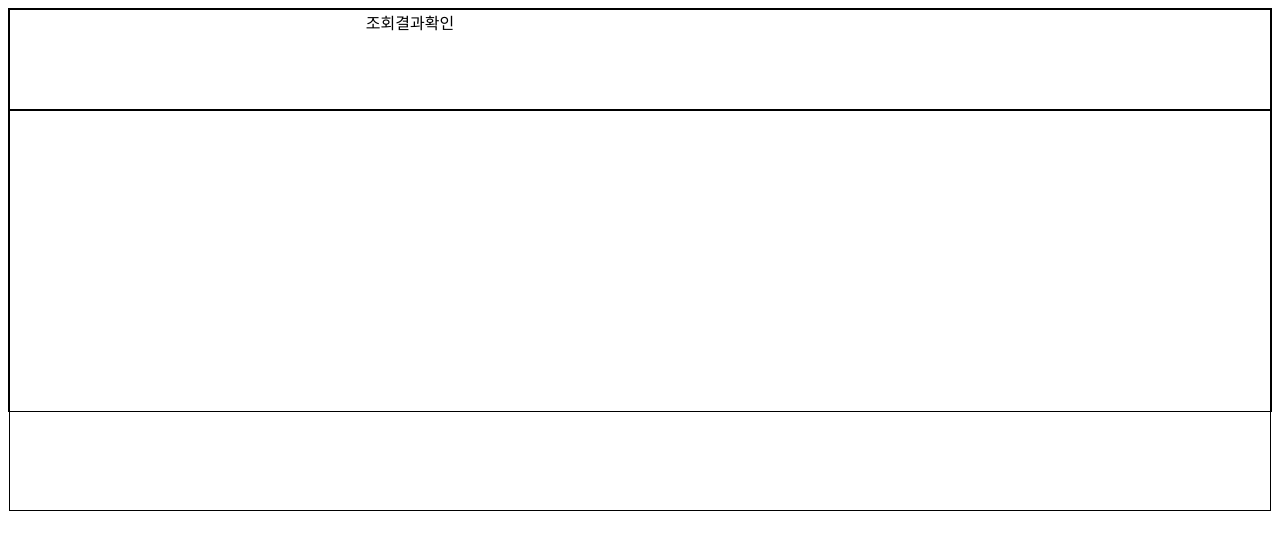
Repository: GotChun/DH_JSP
Page: http://localhost/01_JSP/C09/OracleDBCURD.jsp
These files come from the project's save history. The page is drawn as it stood at one moment and after the next save; the edit follows.
The browser window is 1280 px wide. The pictures show the whole page.
The page is served by Tomcat 9. Other server files are loaded and not shown. Queries for data that is not in the repository find no rows.

Above is the page before, as saved 2024-10-24 02:33:02.

### 01_JSP/src/main/webapp/C09/OracleDBCURD.jsp
<%@ page language="java" contentType="text/html; charset=UTF-8"
    pageEncoding="UTF-8"%>

   <%@ page import ="java.sql.*" %>
   <%@ page import ="java.util.*"%>
   <%@ page import ="C09.*"%>


<%!
	String url="jdbc:oracle:thin:@localhost:1521:xe";
	String id="system";
	String pw="1234";

	Connection conn=null;
	PreparedStatement pstmt = null;
	ResultSet rs = null;

	// CRUD 함수 미리 만들기
	void connection() throws Exception{   //throws 안할거면 에러 페이지 따로 빼야함
		//Driver적재
		Class.forName("oracle.jdbc.driver.OracleDriver");
	conn=DriverManager.getConnection(url,id,pw);
	System.out.println("connected.."+ conn);
		//connection 객체 생성 + 연결
	}
	void insert(String userid,String password,String username) throws Exception{  //throws 로 던져도 되긴하는데 try catch 를 하는게 더 안전한 방법.
		//db 삽입
		pstmt = conn.prepareStatement("insert into tbl_test values(?,?,?)");
		pstmt.setString(1, userid);
		pstmt.setString(2, password);
		pstmt.setString(3, username);

		int result = pstmt.executeUpdate();
		pstmt.close();


	}

	List<TestDto> select() throws Exception{
		pstmt=conn.prepareStatement("select * from tbl_test");
		rs = pstmt.executeQuery();
		List<TestDto> list = new ArrayList();
		TestDto dto=null;
		if(rs!=null){

			while(rs.next()){
				dto = new TestDto();
				dto.setUserid(rs.getString("userid"));
				dto.setPassword(rs.getString("password"));
				dto.setUsername(rs.getString("username"));
				list.add(dto);
			}
		}
		rs.close();
		pstmt.close();

		return list;
	}


%>

<%
//DB 연결
connection();
	//insert("user1","1234","길동좌");
	//insert("user2","1234","동동좌");
	//insert("user3","1234","서동좌");
	//insert("user4","1234","야동좌");

	//select
	List<TestDto> list = select();
	list.forEach(item->System.out.println(item));
%>

<!DOCTYPE html>
<html>
<head>
<meta charset="UTF-8">
<title>Insert title here</title>
<style>
header{height:100px;border:1px solid;}
main{min-height:500px;border:1px solid;}
footer{height:300px;border:1px solid;}

</style>
</head>
<body>

	<div class ="wrapper">
		<header>
		<main>

		<table style="width:800px;margin:50 auto;">
			<caption>조회결과확인</caption>
		</table>

		</main>
		</header>



		<footer>

		</footer>
	</div>


</body>
</html>

### 01_JSP/src/main/java/C09/TestDto.java
package C09;

public class TestDto {

	private String userid;
	private String password;
	private String username;
	public String getUserid() {
		return userid;
	}
	public void setUserid(String userid) {
		this.userid = userid;
	}
	public String getPassword() {
		return password;
	}
	public void setPassword(String password) {
		this.password = password;
	}
	public String getUsername() {
		return username;
	}
	public void setUsername(String username) {
		this.username = username;
	}
	@Override
	public String toString() {
		return "TestDto [userid=" + userid + ", password=" + password + ", username=" + username + "]";
	}
	public TestDto(String userid, String password, String username) {
		super();
		this.userid = userid;
		this.password = password;
		this.username = username;
	}
	public TestDto() {
		super();
	}


}

After the next save:
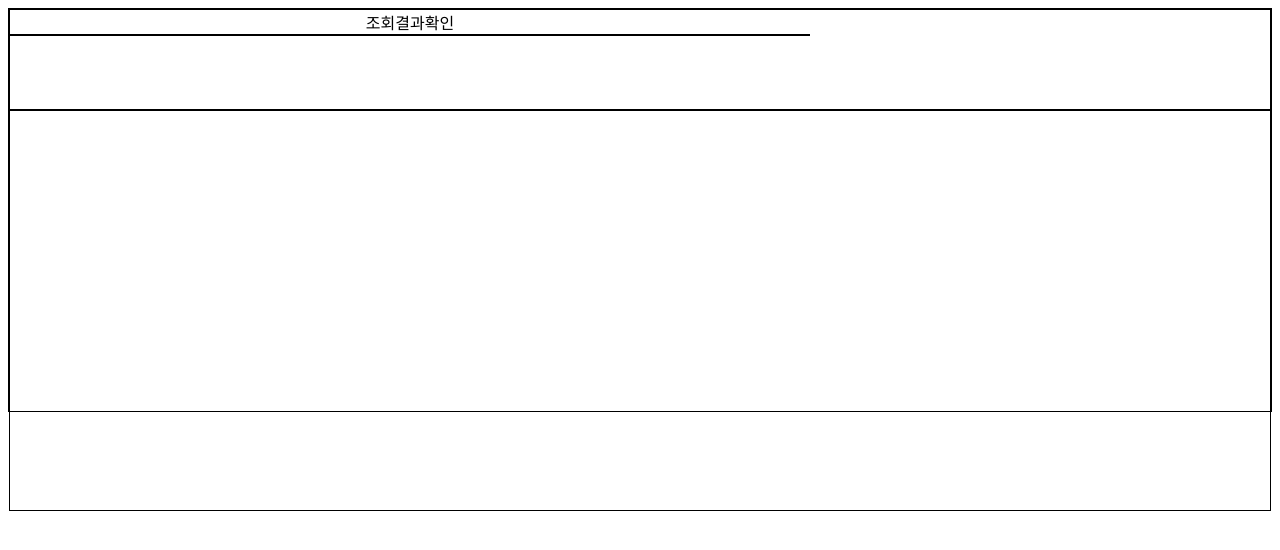
Saved 15 s later.
--- a/01_JSP/src/main/webapp/C09/OracleDBCURD.jsp
+++ b/01_JSP/src/main/webapp/C09/OracleDBCURD.jsp
@@ -91,7 +91,7 @@ footer{height:300px;border:1px solid;}
 		<header>
 		<main>
 
-		<table style="width:800px;margin:50 auto;">
+		<table style="width:800px;margin:50 auto;border:1px solid;">
 			<caption>조회결과확인</caption>
 		</table>
 
